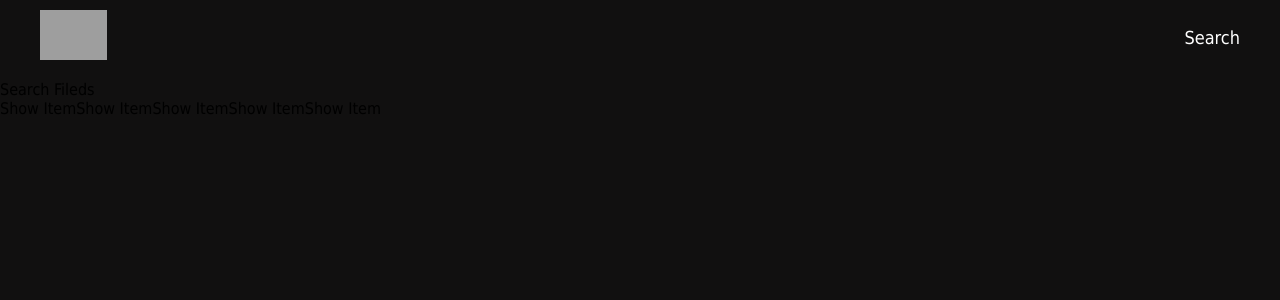
Repository: ahmedhamed15/React-Movies-App
Page: /#/search
An editor plug-in stored every save of this project. The page is shown before and after the next save, followed by the edit.
The browser window is 1280 px wide. The pictures show the whole page.
Pictures or frames that could not be fetched are drawn as grey boxes. The project was rebuilt for these pictures with package versions that can differ from the ones it lists, and the page was loaded fresh each time. Also part of the build but not shown: src/Pages/HomePage.js, src/Components/Shows/Show.js, src/Pages/ShowPage.js.

Above is the page before, as saved 2021-07-18 20:50:10.

After the next save:
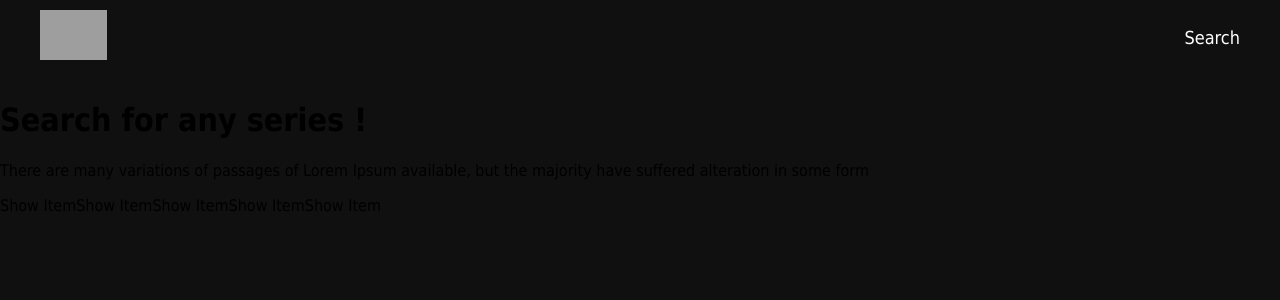
Saved 84 s later.
--- a/src/Components/Search/Search.js
+++ b/src/Components/Search/Search.js
@@ -3,7 +3,8 @@ import React from 'react'
 const Search = () => {
     return (
         <div className="search-content">
-            Search Fileds
+            <h1> Search for any series ! </h1>
+            <p> There are many variations of passages of Lorem Ipsum available, but the majority have suffered alteration in some form </p>
         </div>
     )
 }
